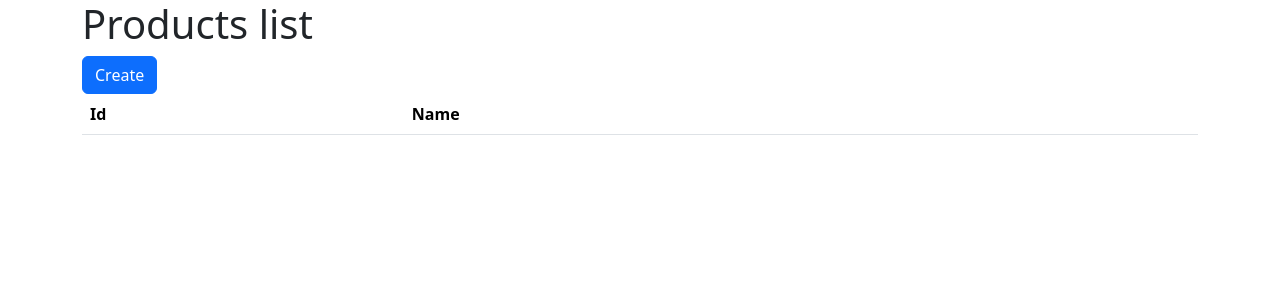
Repository: raigorx/CRUD-Laravel-Example
Page: http://localhost/products
An editor plug-in stored every save of this project. The page is shown before and after a run of saves, followed by the edit.
The browser window is 1280 px wide. The pictures show the whole page.
The page is served by the project's Laravel application, run on PHP 8.4 with Laravel 12. Queries for data that is not in the repository find no rows.

Above is the page before, as saved 2024-11-10 06:43:46.

After the next 2 saves:
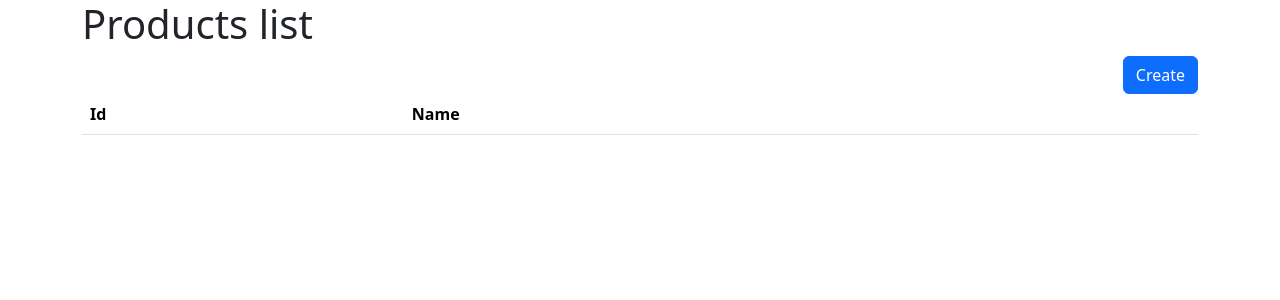
The 2 saves are shown as one change because they came seconds apart.
The last was saved 80 s later.
--- a/resources/views/products/index.blade.php
+++ b/resources/views/products/index.blade.php
@@ -5,7 +5,9 @@
 @section('content')
 <div class="container">
   <h1>Products list</h1>
-  <a href="{{route('products.create')}}" class="btn btn-primary">Create</a>
+  <div class="text-end">
+    <a href="{{route('products.create')}}" class="btn btn-primary">Create</a>
+  </div>
   <table class="table">
     <thead>
       <tr>
